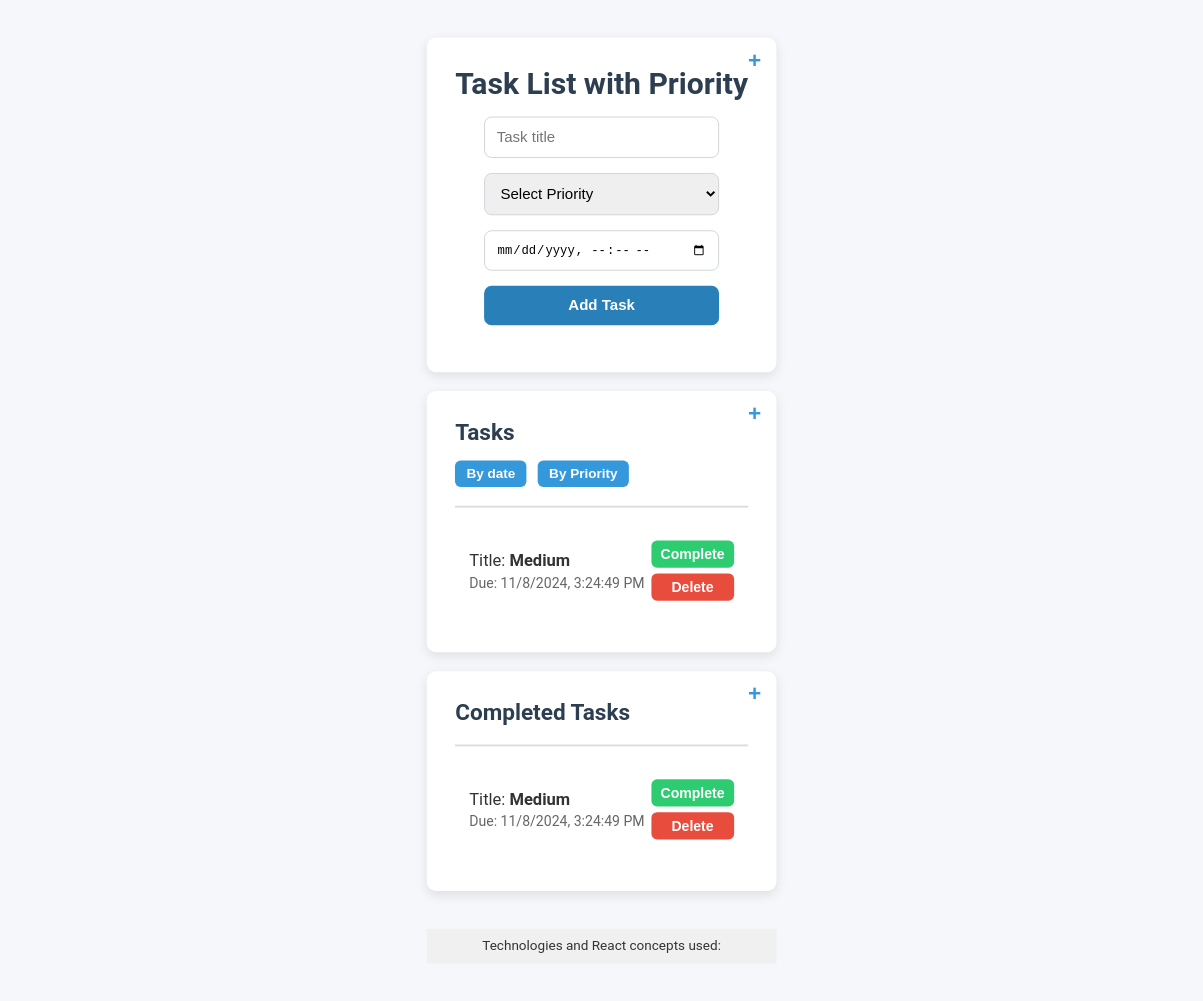
Repository: Lithium87/TaskList
Page: /
The author's editor kept a copy of each file at every save. The page is drawn from the files as they stood at one save, then again after the next save.
The browser window is 1280 px wide. The pictures show the whole page, at 94% of full size.
The project was rebuilt for these pictures with package versions that can differ from the ones it lists, and the page was loaded fresh each time. Also part of the build but not shown: vite.config.js.

Above is the page before, as saved 2025-07-08 17:08:03.

### src/index.css
/* General app styles */
* {
  box-sizing: border-box;
  margin: 0;
  padding: 0;
}

body {
  font-family: "Roboto", sans-serif;
  background-color: #f5f7fa;
  display: flex;
  justify-content: center;
  align-items: flex-start;
  min-height: 100vh;
  padding: 40px;
  color: #333;
}

.app {
  display: flex;
  flex-direction: column;
  gap: 20px;
  max-width: 500px;
  width: 100%;
}

/* Main container for current tasks and completed tasks */
.task-container,
.completed-task-container {
  position: relative;
  background-color: #ffffff;
  border-radius: 10px;
  box-shadow: 0 4px 12px rgba(0, 0, 0, 0.1);
  padding: 30px;
}

/* Headings */
h1,
h2 {
  color: #2c3e50;
  margin-bottom: 16px;
}

/* Completed Task toggle button */
.completed-header {
  display: flex;
  align-items: center;
  justify-content: space-between;
}

.toggle-button {
  background: none;
  border: none;
  cursor: pointer;
  font-size: 1.2em;
  color: #3498db;
  transition: transform 0.3s ease;
}

.toggle-button.open {
  transform: rotate(180deg);
}

/* Sort buttons container */
.sort-controls {
  display: flex;
  justify-content: start;
  align-items: center;
  gap: 12px;
  margin-bottom: 20px;
}

/* Close/open button for sections */
.close-button {
  background: none;
  border: none;
  font-size: 1.5em;
  font-weight: bold;
  color: #3498db;
  cursor: pointer;
  position: absolute;
  top: 10px;
  right: 16px;
  padding: 0;
  transition: color 0.3s, transform 0.3s ease;
}

.close-button.open {
  transform: rotate(135deg); /* Turns "×" into "+" */
  color: #2980b9;
}

.close-button:hover {
  color: #2980b9;
}

/* Sort buttons */
.sort-button {
  padding: 6px 12px;
  background-color: #3498db;
  border: none;
  color: white;
  font-size: 0.9em;
  font-weight: bold;
  border-radius: 6px;
  cursor: pointer;
  transition: background-color 0.3s;
}

.sort-button.active {
  background-color: #2980b9;
  font-weight: bold;
}

.sort-button:hover {
  background-color: #2980b9;
}

/* Task form styles */
.task-form {
  display: flex;
  flex-direction: column;
  align-items: center;
  margin-bottom: 20px;
  animation: fade-in 0.5s ease-in-out;
}

.task-form input[type="text"],
.task-form select,
.task-form input[type="datetime-local"] {
  margin: 0 0 16px 0;
  padding: 12px;
  border-radius: 8px;
  border: 1px solid #ced4da;
  width: 80%;
  font-size: 1em;
  transition: border 0.3s;
}

.task-form input:focus,
.task-form select:focus,
.task-form input[type="datetime-local"]:focus {
  outline: none;
  border-color: #3498db;
}

.task-form button {
  padding: 12px 24px;
  border: none;
  background-color: #2980b9;
  color: white;
  font-size: 1em;
  font-weight: bold;
  border-radius: 8px;
  cursor: pointer;
  transition: background-color 0.3s, transform 0.2s;
  width: 80%;
}

.task-form button:hover {
  background-color: #2980b9;
  transform: translateY(-2px);
}

/* Task list styles */
.task-list,
.completed-task-list {
  list-style-type: none;
  padding: 0;
  width: 100%;
}

/* Task item styles */
.task-item {
  padding: 15px;
  border-radius: 8px;
  display: flex;
  justify-content: space-between;
  align-items: center;
  margin: 10px 0;
  font-size: 1.1em;
  transition: transform 0.2s, opacity 0.3s;
  animation: fade-in 0.5s ease-in-out;
}

.task-item.high {
  background-color: #f8d7da;
  color: #721c24;
  border-left: 6px solid #f5c6cb;
}

.task-item.medium {
  background-color: #fff3cd;
  color: #856404;
  border-left: 6px solid #ffeeba;
}

.task-item.low {
  background-color: #d4edda;
  color: #155724;
  border-left: 6px solid #c3e6cb;
}

.task-item:hover {
  transform: scale(1.02);
}

.task-info {
  flex: 1;
  text-align: left;
}

/* Date text style */
.task-deadline {
  font-size: 0.85em;
  color: #666;
  margin-top: 5px;
}

/* Buttons container for vertical alignment */
.task-buttons {
  display: flex;
  flex-direction: column;
  gap: 6px;
}

/* Complete button */
.complete-button {
  padding: 6px 10px;
  background-color: #2ecc71;
  border: none;
  color: white;
  border-radius: 6px;
  font-size: 0.85em;
  font-weight: bold;
  cursor: pointer;
  transition: background-color 0.3s, transform 0.2s;
}

.complete-button:hover {
  background-color: #27ae60;
  transform: translateY(-2px);
}

/* Delete button */
.delete-button {
  padding: 6px 10px;
  background-color: #e74c3c;
  border: none;
  color: white;
  border-radius: 6px;
  font-size: 0.85em;
  font-weight: bold;
  cursor: pointer;
  transition: background-color 0.3s, transform 0.2s;
}

.delete-button:hover {
  background-color: #c0392b;
  transform: translateY(-2px);
}

/* Completed task item */
.task-item.completed {
  background-color: #e0f7df;
  color: #155724;
  border-left: 6px solid #a5d6a7;
  opacity: 0.9;
}

/* Animation for completed tasks */
.completed-task-list .task-item {
  animation: fade-in 0.5s ease-in-out;
}

@keyframes fade-in {
  from {
    opacity: 0;
    transform: translateY(-10px);
  }
  to {
    opacity: 1;
    transform: translateY(0);
  }
}

/* Completed task list container with smooth slide-down effect */
.completed-task-list-container {
  overflow: hidden;
  max-height: 0;
  opacity: 0;
  transition: max-height 0.5s ease, opacity 0.5s ease;
}

.completed-task-list-container.open {
  max-height: 500px; /* Adjust as needed */
  opacity: 1;
}

/* Completed task list section */
.completed-task-list,
.task-list {
  margin-top: 20px;
  padding-top: 10px;
  border-top: 2px solid #ddd;
}

.footer {
  text-align: center;
  margin-top: 20px;
  padding: 10px;
  background-color: #f0f0f0;
  font-size: 0.9em;
}

### src/App.jsx
function App () {
  return (
    <div className="app">
      <div className="task-container">
        <h1>Task List with Priority</h1>
        <button className="close-button">+</button>
        <TaskForm />
      </div>

      <div className="task-container">
        <h2>Tasks</h2>
        <button className="close-button">+</button>
        <div className="sort-controls">
          <button className="sort-button">By date</button>
          <button className="sort-button">By Priority</button>
        </div>
        <TaskList />
      </div>

      <div className="completed-task-container">
        <h2>Completed Tasks</h2>
        <button className="close-button">+</button>
        <CompletedTaskList />
      </div>

      <Footer />
    </div>
  );
}

const TaskForm = () => {
  return (
    <form className="task-form">
      <input type="text" value={''} placeholder="Task title" required />
      <select value={''} required>
        <option value="" disabled>Select Priority</option>
        <option value="low">Low Priority</option>
        <option value="medium">Medium Priority</option>
        <option value="high">High Priority</option>
      </select>
      <input type="datetime-local" value={''} required />
      <button type="submit">Add Task</button>
    </form>
  );
};

const TaskList = () => {
  return (
    <ul className="task-list">
      <TaskItem title="Task 1" priority="low" dueDate="2023-10-01T10:00" />
    </ul>
  );
};

const TaskItem = () => {
  return (
    <li className="task-item">
      <div className="task-info">
        <div>
          Title: <strong>Medium</strong>
        </div>
        <div className="task-deadline">
          Due: {new Date ().toLocaleString ()}
        </div>
      </div>
      <div className="task-buttons">
        <button className="complete-button">Complete</button>
        <button className="delete-button">Delete</button>
      </div>
    </li>
  );
};

const CompletedTaskList = () => {
  return (
    <ul className="completed-task-list">
      <TaskItem />
    </ul>
  );
};

const Footer = () => {
  return (
    <footer className="footer">
      <p>
        Technologies and React concepts used:{' '}
      </p>
    </footer>
  );
};

export default App;

Loaded but not shown: src/main.jsx (common file)

After the next save:
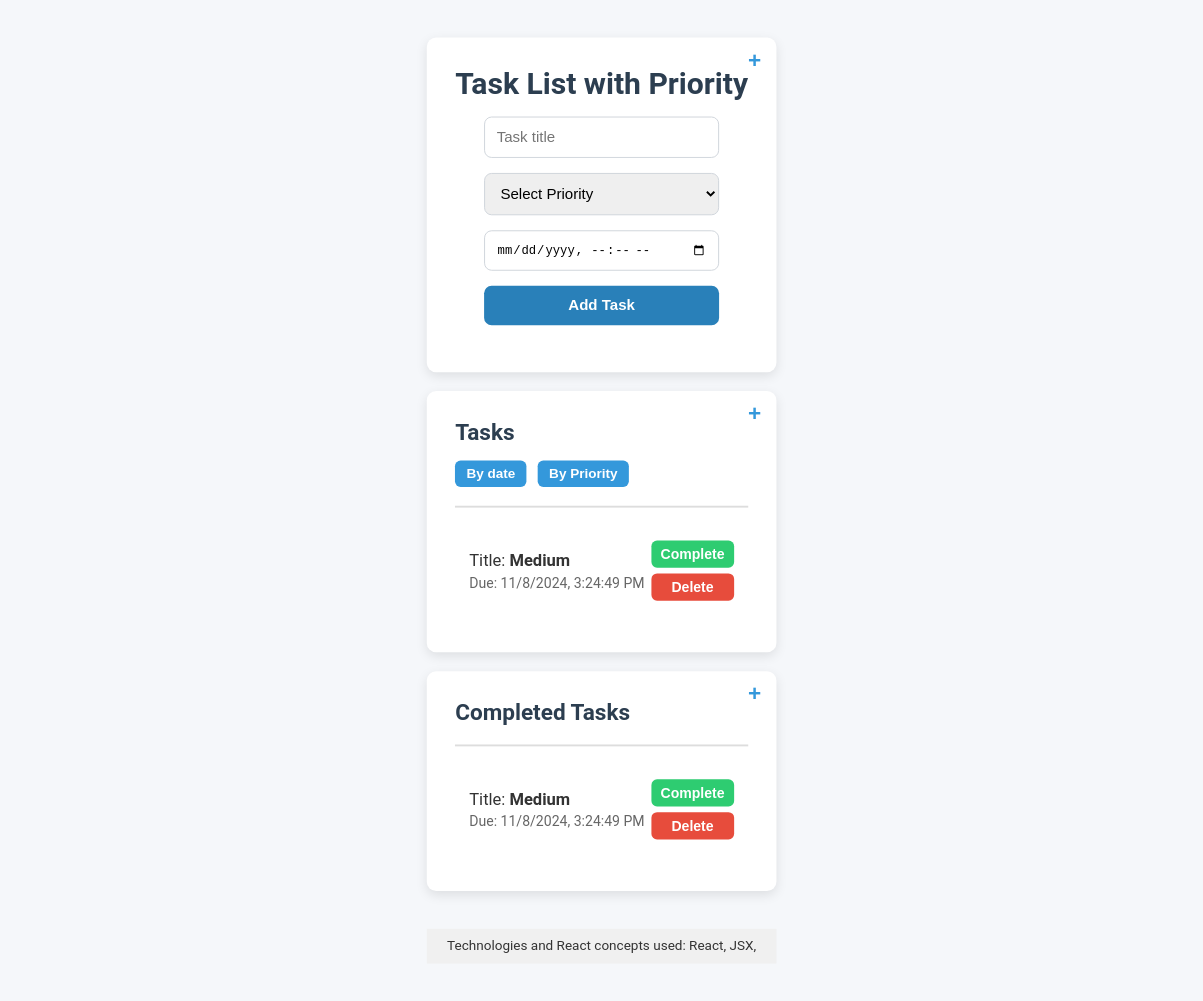
Saved 29 s later.
--- a/src/App.jsx
+++ b/src/App.jsx
@@ -83,7 +83,7 @@
   return (
     <footer className="footer">
       <p>
-        Technologies and React concepts used:{' '}
+        Technologies and React concepts used: React, JSX,{' '}
       </p>
     </footer>
   );
